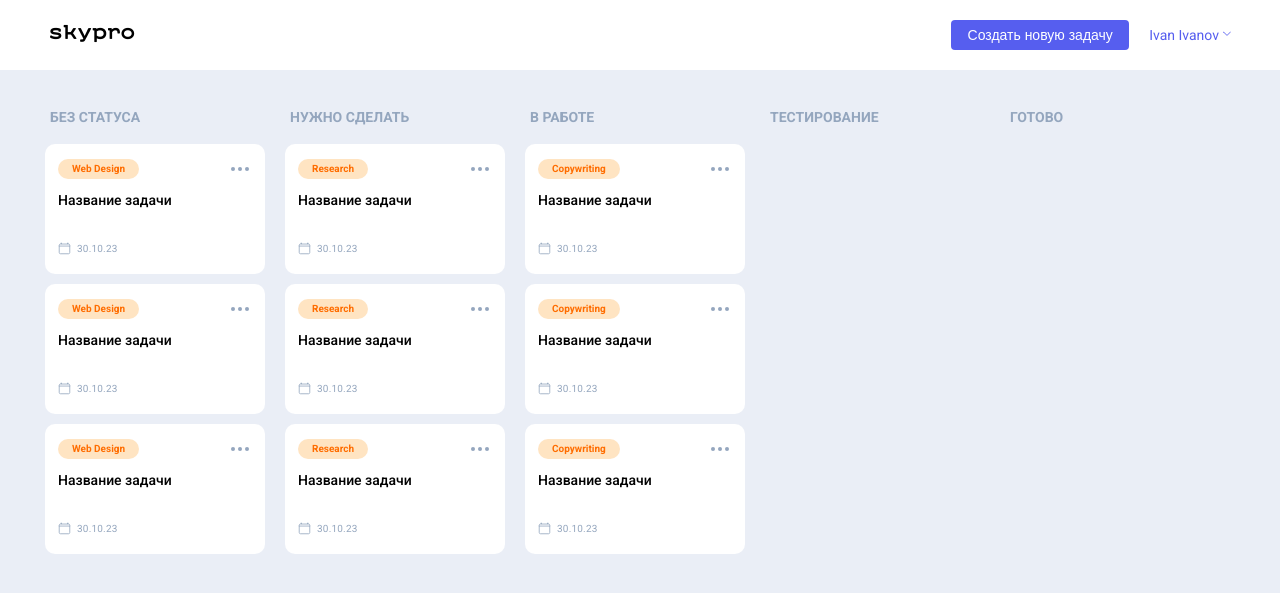
Repository: Olchik-resh/skypro-kanban
Page: /
The author's editor kept a copy of each file at every save. The page is drawn from the files as they stood at one save, then again after a run of saves.
The browser window is 1280 px wide. The pictures show the whole page.
The project was rebuilt for these pictures with package versions that can differ from the ones it lists, and the page was loaded fresh each time. Also part of the build but not shown: vite.config.js.

Above is the page before, as saved 2025-07-27 14:22:31.

### index.html
<!doctype html>
<html lang="">
  <head>
    <meta charset="UTF-8" />
    <link rel="icon" href="/public/favicon.ico" />
    <meta name="viewport" content="width=device-width, initial-scale=1.0" />
    <link rel="preconnect" href="https://fonts.googleapis.com" />
    <link rel="preconnect" href="https://fonts.gstatic.com" crossorigin />
    <link
      href="https://fonts.googleapis.com/css2?family=Roboto+Flex:opsz,wght@8..144,200;8..144,300;8..144,400;8..144,700;8..144,800;8..144,900&family=Roboto:wght@400;500;700&display=swap"
      rel="stylesheet"
    />
    <title>Skypro</title>
  </head>
  <body>
    <div id="app"></div>
    <script type="module" src="/src/main.js"></script>
  </body>
</html>

### src/views/HomeView.vue
<script setup>
import BaseHeader from '@/components/BaseHeader.vue'
import ExitModal from '@/components/ExitModal.vue'
import NewCardModal from '@/components/NewCardModal.vue'
import TaskDesk from '@/components/TaskDesk.vue'
import { onMounted, ref } from 'vue'

const loading = ref(true)
onMounted(() => {
  setTimeout(() => {
    loading.value = false
  }, 3000)
})
</script>

<template>
  <main>
    <div class="wrapper">
      <!-- pop-up start-->

      <div class="pop-exit" id="popExit">
        <ExitModal />
      </div>

      <div class="pop-new-card" id="popNewCard">
        <NewCardModal />
      </div>

      <div class="pop-browse" id="popBrowse">
        <div class="pop-browse__container">
          <div class="pop-browse__block">
            <div class="pop-browse__content">
              <div class="pop-browse__top-block">
                <h3 class="pop-browse__ttl">Название задачи</h3>
                <div class="categories__theme theme-top _orange _active-category">
                  <p class="_orange">Web Design</p>
                </div>
              </div>
              <div class="pop-browse__status status">
                <p class="status__p subttl">Статус</p>
                <div class="status__themes">
                  <div class="status__theme _hide">
                    <p>Без статуса</p>
                  </div>
                  <div class="status__theme _gray">
                    <p class="_gray">Нужно сделать</p>
                  </div>
                  <div class="status__theme _hide">
                    <p>В работе</p>
                  </div>
                  <div class="status__theme _hide">
                    <p>Тестирование</p>
                  </div>
                  <div class="status__theme _hide">
                    <p>Готово</p>
                  </div>
                </div>
              </div>
              <div class="pop-browse__wrap">
                <form class="pop-browse__form form-browse" id="formBrowseCard" action="#">
                  <div class="form-browse__block">
                    <label for="textArea01" class="subttl">Описание задачи</label>
                    <textarea
                      class="form-browse__area"
                      name="text"
                      id="textArea01"
                      readonly
                      placeholder="Введите описание задачи..."
                    ></textarea>
                  </div>
                </form>
                <div class="pop-new-card__calendar calendar">
                  <p class="calendar__ttl subttl">Даты</p>
                  <div class="calendar__block">
                    <div class="calendar__nav">
                      <div class="calendar__month">Сентябрь 2023</div>
                      <div class="nav__actions">
                        <div class="nav__action" data-action="prev">
                          <svg
                            xmlns="http://www.w3.org/2000/svg"
                            width="6"
                            height="11"
                            viewBox="0 0 6 11"
                          >
                            <path
                              d="M5.72945 1.95273C6.09018 1.62041 6.09018 1.0833 5.72945 0.750969C5.36622 0.416344 4.7754 0.416344 4.41218 0.750969L0.528487 4.32883C-0.176162 4.97799 -0.176162 6.02201 0.528487 6.67117L4.41217 10.249C4.7754 10.5837 5.36622 10.5837 5.72945 10.249C6.09018 9.9167 6.09018 9.37959 5.72945 9.04727L1.87897 5.5L5.72945 1.95273Z"
                            />
                          </svg>
                        </div>
                        <div class="nav__action" data-action="next">
                          <svg
                            xmlns="http://www.w3.org/2000/svg"
                            width="6"
                            height="11"
                            viewBox="0 0 6 11"
                          >
                            <path
                              d="M0.27055 9.04727C-0.0901833 9.37959 -0.0901832 9.9167 0.27055 10.249C0.633779 10.5837 1.2246 10.5837 1.58783 10.249L5.47151 6.67117C6.17616 6.02201 6.17616 4.97799 5.47151 4.32883L1.58782 0.75097C1.2246 0.416344 0.633778 0.416344 0.270549 0.75097C-0.0901831 1.0833 -0.090184 1.62041 0.270549 1.95273L4.12103 5.5L0.27055 9.04727Z"
                            />
                          </svg>
                        </div>
                      </div>
                    </div>
                    <div class="calendar__content">
                      <div class="calendar__days-names">
                        <div class="calendar__day-name">пн</div>
                        <div class="calendar__day-name">вт</div>
                        <div class="calendar__day-name">ср</div>
                        <div class="calendar__day-name">чт</div>
                        <div class="calendar__day-name">пт</div>
                        <div class="calendar__day-name -weekend-">сб</div>
                        <div class="calendar__day-name -weekend-">вс</div>
                      </div>
                      <div class="calendar__cells">
                        <div class="calendar__cell _other-month">28</div>
                        <div class="calendar__cell _other-month">29</div>
                        <div class="calendar__cell _other-month">30</div>
                        <div class="calendar__cell _cell-day">31</div>
                        <div class="calendar__cell _cell-day">1</div>
                        <div class="calendar__cell _cell-day _weekend">2</div>
                        <div class="calendar__cell _cell-day _weekend">3</div>
                        <div class="calendar__cell _cell-day">4</div>
                        <div class="calendar__cell _cell-day">5</div>
                        <div class="calendar__cell _cell-day">6</div>
                        <div class="calendar__cell _cell-day">7</div>
                        <div class="calendar__cell _cell-day _current">8</div>
                        <div class="calendar__cell _cell-day _weekend _active-day">9</div>
                        <div class="calendar__cell _cell-day _weekend">10</div>
                        <div class="calendar__cell _cell-day">11</div>
                        <div class="calendar__cell _cell-day">12</div>
                        <div class="calendar__cell _cell-day">13</div>
                        <div class="calendar__cell _cell-day">14</div>
                        <div class="calendar__cell _cell-day">15</div>
                        <div class="calendar__cell _cell-day _weekend">16</div>
                        <div class="calendar__cell _cell-day _weekend">17</div>
                        <div class="calendar__cell _cell-day">18</div>
                        <div class="calendar__cell _cell-day">19</div>
                        <div class="calendar__cell _cell-day">20</div>
                        <div class="calendar__cell _cell-day">21</div>
                        <div class="calendar__cell _cell-day">22</div>
                        <div class="calendar__cell _cell-day _weekend">23</div>
                        <div class="calendar__cell _cell-day _weekend">24</div>
                        <div class="calendar__cell _cell-day">25</div>
                        <div class="calendar__cell _cell-day">26</div>
                        <div class="calendar__cell _cell-day">27</div>
                        <div class="calendar__cell _cell-day">28</div>
                        <div class="calendar__cell _cell-day">29</div>
                        <div class="calendar__cell _cell-day _weekend">30</div>
                        <div class="calendar__cell _other-month _weekend">1</div>
                      </div>
                    </div>

                    <input type="hidden" id="datepick_value" value="08.09.2023" />
                    <div class="calendar__period">
                      <p class="calendar__p date-end">
                        Срок исполнения: <span class="date-control">09.09.23</span>
                      </p>
                    </div>
                  </div>
                </div>
              </div>
              <div class="theme-down__categories theme-down">
                <p class="categories__p subttl">Категория</p>
                <div class="categories__theme _orange _active-category">
                  <p class="_orange">Web Design</p>
                </div>
              </div>
              <div class="pop-browse__btn-browse">
                <div class="btn-group">
                  <button class="btn-browse__edit _btn-bor _hover03">
                    <a href="#">Редактировать задачу</a>
                  </button>
                  <button class="btn-browse__delete _btn-bor _hover03">
                    <a href="#">Удалить задачу</a>
                  </button>
                </div>
                <button class="btn-browse__close _btn-bg _hover01"><a href="#">Закрыть</a></button>
              </div>
              <div class="pop-browse__btn-edit _hide">
                <div class="btn-group">
                  <button class="btn-edit__edit _btn-bg _hover01"><a href="#">Сохранить</a></button>
                  <button class="btn-edit__edit _btn-bor _hover03"><a href="#">Отменить</a></button>
                  <button class="btn-edit__delete _btn-bor _hover03" id="btnDelete">
                    <a href="#">Удалить задачу</a>
                  </button>
                </div>
                <button class="btn-edit__close _btn-bg _hover01"><a href="#">Закрыть</a></button>
              </div>
            </div>
          </div>
        </div>
      </div>

      <!-- pop-up end-->
      <BaseHeader />
      <div class="loader" v-if="loading">Данные загружаются...</div>
      <TaskDesk v-else :loading="loading" />
    </div>
  </main>
</template>

### src/components/BaseHeader.vue
<template>
  <header class="header">
    <div class="container">
      <div class="header__block">
        <div class="header__logo _show _light">
          <a href="" target="_self"><img src="/src/assets/images/logo.png" alt="logo" /></a>
        </div>
        <div class="header__logo _dark">
          <a href="" target="_self"><img src="/src/assets/images/logo_dark.png" alt="logo" /></a>
        </div>
        <nav class="header__nav">
          <button class="header__btn-main-new _hover01" id="btnMainNew">
            <a href="#popNewCard">Создать новую задачу</a>
          </button>
          <UserModal />
        </nav>
      </div>
    </div>
  </header>
</template>

<script setup>
import UserModal from './UserModal.vue'
</script>

<style lang="scss" scoped></style>

### src/components/ExitModal.vue
<template>
  <div class="pop-exit__container">
    <div class="pop-exit__block">
      <div class="pop-exit__ttl">
        <h2>Выйти из аккаунта?</h2>
      </div>
      <form class="pop-exit__form" id="formExit" action="#">
        <div class="pop-exit__form-group">
          <button class="pop-exit__exit-yes _hover01" id="exitYes">
            <a href="modal/signin.html">Да, выйти</a>
          </button>
          <button class="pop-exit__exit-no _hover03" id="exitNo">
            <a href="main.html">Нет, остаться</a>
          </button>
        </div>
      </form>
    </div>
  </div>
</template>

<script setup></script>

<style lang="scss" scoped></style>

### src/components/NewCardModal.vue
<template>
  <div class="pop-new-card__container">
    <div class="pop-new-card__block">
      <div class="pop-new-card__content">
        <h3 class="pop-new-card__ttl">Создание задачи</h3>
        <a href="#" class="pop-new-card__close">&#10006;</a>
        <div class="pop-new-card__wrap">
          <form class="pop-new-card__form form-new" id="formNewCard" action="#">
            <div class="form-new__block">
              <label for="formTitle" class="subttl">Название задачи</label>
              <input
                class="form-new__input"
                type="text"
                name="name"
                id="formTitle"
                placeholder="Введите название задачи..."
                autofocus
              />
            </div>
            <div class="form-new__block">
              <label for="textArea" class="subttl">Описание задачи</label>
              <textarea
                class="form-new__area"
                name="text"
                id="textArea"
                placeholder="Введите описание задачи..."
              ></textarea>
            </div>
          </form>
          <div class="pop-new-card__calendar calendar">
            <p class="calendar__ttl subttl">Даты</p>
            <div class="calendar__block">
              <div class="calendar__nav">
                <div class="calendar__month">Сентябрь 2023</div>
                <div class="nav__actions">
                  <div class="nav__action" data-action="prev">
                    <svg
                      xmlns="http://www.w3.org/2000/svg"
                      width="6"
                      height="11"
                      viewBox="0 0 6 11"
                    >
                      <path
                        d="M5.72945 1.95273C6.09018 1.62041 6.09018 1.0833 5.72945 0.750969C5.36622 0.416344 4.7754 0.416344 4.41218 0.750969L0.528487 4.32883C-0.176162 4.97799 -0.176162 6.02201 0.528487 6.67117L4.41217 10.249C4.7754 10.5837 5.36622 10.5837 5.72945 10.249C6.09018 9.9167 6.09018 9.37959 5.72945 9.04727L1.87897 5.5L5.72945 1.95273Z"
                      />
                    </svg>
                  </div>
                  <div class="nav__action" data-action="next">
                    <svg
                      xmlns="http://www.w3.org/2000/svg"
                      width="6"
                      height="11"
                      viewBox="0 0 6 11"
                    >
                      <path
                        d="M0.27055 9.04727C-0.0901833 9.37959 -0.0901832 9.9167 0.27055 10.249C0.633779 10.5837 1.2246 10.5837 1.58783 10.249L5.47151 6.67117C6.17616 6.02201 6.17616 4.97799 5.47151 4.32883L1.58782 0.75097C1.2246 0.416344 0.633778 0.416344 0.270549 0.75097C-0.0901831 1.0833 -0.090184 1.62041 0.270549 1.95273L4.12103 5.5L0.27055 9.04727Z"
                      />
                    </svg>
                  </div>
                </div>
              </div>
              <div class="calendar__content">
                <div class="calendar__days-names">
                  <div class="calendar__day-name">пн</div>
                  <div class="calendar__day-name">вт</div>
                  <div class="calendar__day-name">ср</div>
                  <div class="calendar__day-name">чт</div>
                  <div class="calendar__day-name">пт</div>
                  <div class="calendar__day-name -weekend-">сб</div>
                  <div class="calendar__day-name -weekend-">вс</div>
                </div>
                <div class="calendar__cells">
                  <div class="calendar__cell _other-month">28</div>
                  <div class="calendar__cell _other-month">29</div>
                  <div class="calendar__cell _other-month">30</div>
                  <div class="calendar__cell _cell-day">31</div>
                  <div class="calendar__cell _cell-day">1</div>
                  <div class="calendar__cell _cell-day _weekend">2</div>
                  <div class="calendar__cell _cell-day _weekend">3</div>
                  <div class="calendar__cell _cell-day">4</div>
                  <div class="calendar__cell _cell-day">5</div>
                  <div class="calendar__cell _cell-day">6</div>
                  <div class="calendar__cell _cell-day">7</div>
                  <div class="calendar__cell _cell-day _current">8</div>
                  <div class="calendar__cell _cell-day _weekend">9</div>
                  <div class="calendar__cell _cell-day _weekend">10</div>
                  <div class="calendar__cell _cell-day">11</div>
                  <div class="calendar__cell _cell-day">12</div>
                  <div class="calendar__cell _cell-day">13</div>
                  <div class="calendar__cell _cell-day">14</div>
                  <div class="calendar__cell _cell-day">15</div>
                  <div class="calendar__cell _cell-day _weekend">16</div>
                  <div class="calendar__cell _cell-day _weekend">17</div>
                  <div class="calendar__cell _cell-day">18</div>
                  <div class="calendar__cell _cell-day">19</div>
                  <div class="calendar__cell _cell-day">20</div>
                  <div class="calendar__cell _cell-day">21</div>
                  <div class="calendar__cell _cell-day">22</div>
                  <div class="calendar__cell _cell-day _weekend">23</div>
                  <div class="calendar__cell _cell-day _weekend">24</div>
                  <div class="calendar__cell _cell-day">25</div>
                  <div class="calendar__cell _cell-day">26</div>
                  <div class="calendar__cell _cell-day">27</div>
                  <div class="calendar__cell _cell-day">28</div>
                  <div class="calendar__cell _cell-day">29</div>
                  <div class="calendar__cell _cell-day _weekend">30</div>
                  <div class="calendar__cell _other-month _weekend">1</div>
                </div>
              </div>

              <input type="hidden" id="datepick_value" value="08.09.2023" />
              <div class="calendar__period">
                <p class="calendar__p date-end">
                  Выберите срок исполнения <span class="date-control"></span>.
                </p>
              </div>
            </div>
          </div>
        </div>
        <div class="pop-new-card__categories categories">
          <p class="categories__p subttl">Категория</p>
          <div class="categories__themes">
            <div class="categories__theme _orange _active-category">
              <p class="_orange">Web Design</p>
            </div>
            <div class="categories__theme _green">
              <p class="_green">Research</p>
            </div>
            <div class="categories__theme _purple">
              <p class="_purple">Copywriting</p>
            </div>
          </div>
        </div>
        <button class="form-new__create _hover01" id="btnCreate">Создать задачу</button>
      </div>
    </div>
  </div>
</template>

<script setup></script>

<style lang="scss" scoped></style>

### src/components/TaskDesk.vue
<template>
  <main class="main">
    <div class="container">
      <div class="main__block">
        <div class="main__content">
          <TaskColumn :tasks="noStatusTask" title="Без статуса" />

          <TaskColumn :tasks="doStatusTask" title="Нужно сделать" />

          <TaskColumn :tasks="workStatusTask" title="В работе" />

          <TaskColumn :tasks="testStatusTask" title="Тестирование" />
          <TaskColumn :tasks="readyStatusTask" title="Готово" />
        </div>
      </div>
    </div>
  </main>
</template>

<script setup>
import { computed, onMounted, ref } from 'vue'
import TaskColumn from './TaskColumn.vue'
import { getTasks } from './mokcs/tasks.js'
const tasks = ref([])
const noStatusTask = computed(() => {
  return tasks.value.filter((el) => {
    return el.status === 'Без статуса'
  })
})
const doStatusTask = computed(() => {
  return tasks.value.filter((el) => {
    return el.status === 'Нужно сделать'
  })
})
const workStatusTask = computed(() => {
  return tasks.value.filter((el) => {
    return el.status === 'В работе'
  })
})
const testStatusTask = computed(() => {
  return tasks.value.filter((el) => {
    return el.status === 'Тестирование'
  })
})
const readyStatusTask = computed(() => {
  return tasks.value.filter((el) => {
    return el.status === 'Готово'
  })
})
onMounted(() => {
  tasks.value = getTasks()
})
</script>

<style lang="scss" scoped></style>

### src/components/UserModal.vue
<template>
  <a
    href="#user-set-target"
    class="header__user _hover02"
    @click="isUserModalVisible = !isUserModalVisible"
    >Ivan Ivanov</a
  >
  <div class="header__pop-user-set pop-user-set" id="user-set-target" v-if="!isUserModalVisible">
    <p class="pop-user-set__name">Ivan Ivanov</p>
    <p class="pop-user-set__mail">ivan.ivanov@gmail.com</p>
    <div class="pop-user-set__theme">
      <p>Темная тема</p>
      <input type="checkbox" class="checkbox" name="checkbox" />
    </div>
    <button type="button" class="_hover03"><a href="#popExit">Выйти</a></button>
  </div>
</template>

<script setup>
import { ref } from 'vue'
const isUserModalVisible = ref(true)
</script>

<style lang="scss" scoped></style>

### src/components/TaskColumn.vue
<template>
  <div class="main__column column">
    <div class="column__title">
      <p>{{ title }}</p>
    </div>
    <TaskCard
      v-for="task in tasks"
      :key="task.id"
      :title="task.title"
      :status="task.status"
      :topic="task.topic"
      :date="task.date"
    />
  </div>
</template>

<script setup>
import TaskCard from './TaskCard.vue'

defineProps({
  tasks: { type: Array, require: true },
  title: { type: String, require: true },
})
</script>

<style lang="scss" scoped></style>

### src/components/mokcs/tasks.js
const tasks = [
  { id: 1, topic: 'Web Design', title: 'Название задачи', date: '30.10.23', status: 'Без статуса' },
  { id: 2, topic: 'Research', title: 'Название задачи', date: '30.10.23', status: 'Нужно сделать' },
  {
    id: 3,
    topic: 'Copywriting',
    title: 'Название задачи',
    date: '30.10.23',
    status: 'В работе',
  },
]

export function getTasks() {
  return tasks
}

### src/components/TaskCard.vue
<template>
  <div class="cards" v-for="task in tasks" :key="task.id">
    <div class="cards__item">
      <div class="cards__card card">
        <div class="card__group">
          <div class="card__theme _orange">
            <p class="_orange">{{ topic }}</p>
          </div>
          <a href="#popBrowse" target="_self">
            <div class="card__btn">
              <div></div>
              <div></div>
              <div></div>
            </div>
          </a>
        </div>
        <div class="card__content">
          <a href="" target="_blank">
            <h3 class="card__title">{{ title }}</h3>
          </a>
          <div class="card__date">
            <svg
              xmlns="http://www.w3.org/2000/svg"
              width="13"
              height="13"
              viewBox="0 0 13 13"
              fill="none"
            >
              <g clip-path="url(#clip0_1_415)">
                <path
                  d="M10.5625 2.03125H2.4375C1.7644 2.03125 1.21875 2.5769 1.21875 3.25V10.5625C1.21875 11.2356 1.7644 11.7812 2.4375 11.7812H10.5625C11.2356 11.7812 11.7812 11.2356 11.7812 10.5625V3.25C11.7812 2.5769 11.2356 2.03125 10.5625 2.03125Z"
                  stroke="#94A6BE"
                  stroke-width="0.8"
                  stroke-linejoin="round"
                />
                <path
                  d="M11.7812 4.0625H1.21875M3.25 1.21875V2.03125V1.21875ZM9.75 1.21875V2.03125V1.21875Z"
                  stroke="#94A6BE"
                  stroke-width="0.8"
                  stroke-linecap="round"
                  stroke-linejoin="round"
                />
              </g>
              <defs>
                <clipPath id="clip0_1_415">
                  <rect width="13" height="13" fill="white" />
                </clipPath>
              </defs>
            </svg>
            <p>{{ date }}</p>
          </div>
        </div>
      </div>
    </div>
  </div>
</template>

<script setup>
import { getTasks } from './mokcs/tasks.js'
import { onMounted, ref } from 'vue'
const tasks = ref([])
onMounted(() => {
  tasks.value = getTasks()
})
defineProps({
  topic: String,
  title: String,
  date: String,
  status: String,
})
</script>

<style lang="scss" scoped></style>

Loaded but not shown: src/App.vue (common file); src/router/index.js (common file); src/main.js (8 lines, source omitted); src/assets/css/main.css (1107 lines, source omitted)

After the next 2 saves:
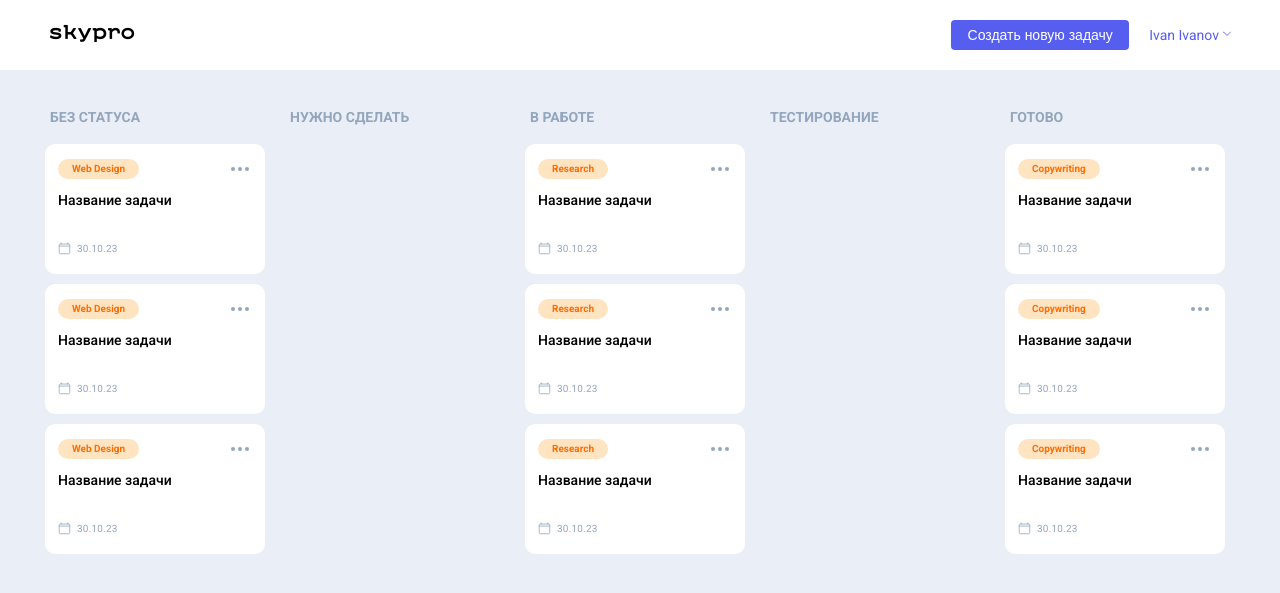
The 2 saves are shown as one change because they came seconds apart.
The last was saved 8 min 25 s later.
--- a/src/components/mokcs/tasks.js
+++ b/src/components/mokcs/tasks.js
@@ -1,13 +1,7 @@
 const tasks = [
   { id: 1, topic: 'Web Design', title: 'Название задачи', date: '30.10.23', status: 'Без статуса' },
-  { id: 2, topic: 'Research', title: 'Название задачи', date: '30.10.23', status: 'Нужно сделать' },
-  {
-    id: 3,
-    topic: 'Copywriting',
-    title: 'Название задачи',
-    date: '30.10.23',
-    status: 'В работе',
-  },
+  { id: 2, topic: 'Research', title: 'Название задачи', date: '30.10.23', status: 'В работе' },
+  { id: 3, topic: 'Copywriting', title: 'Название задачи', date: '30.10.23', status: 'Готово' },
 ]
 
 export function getTasks() {
